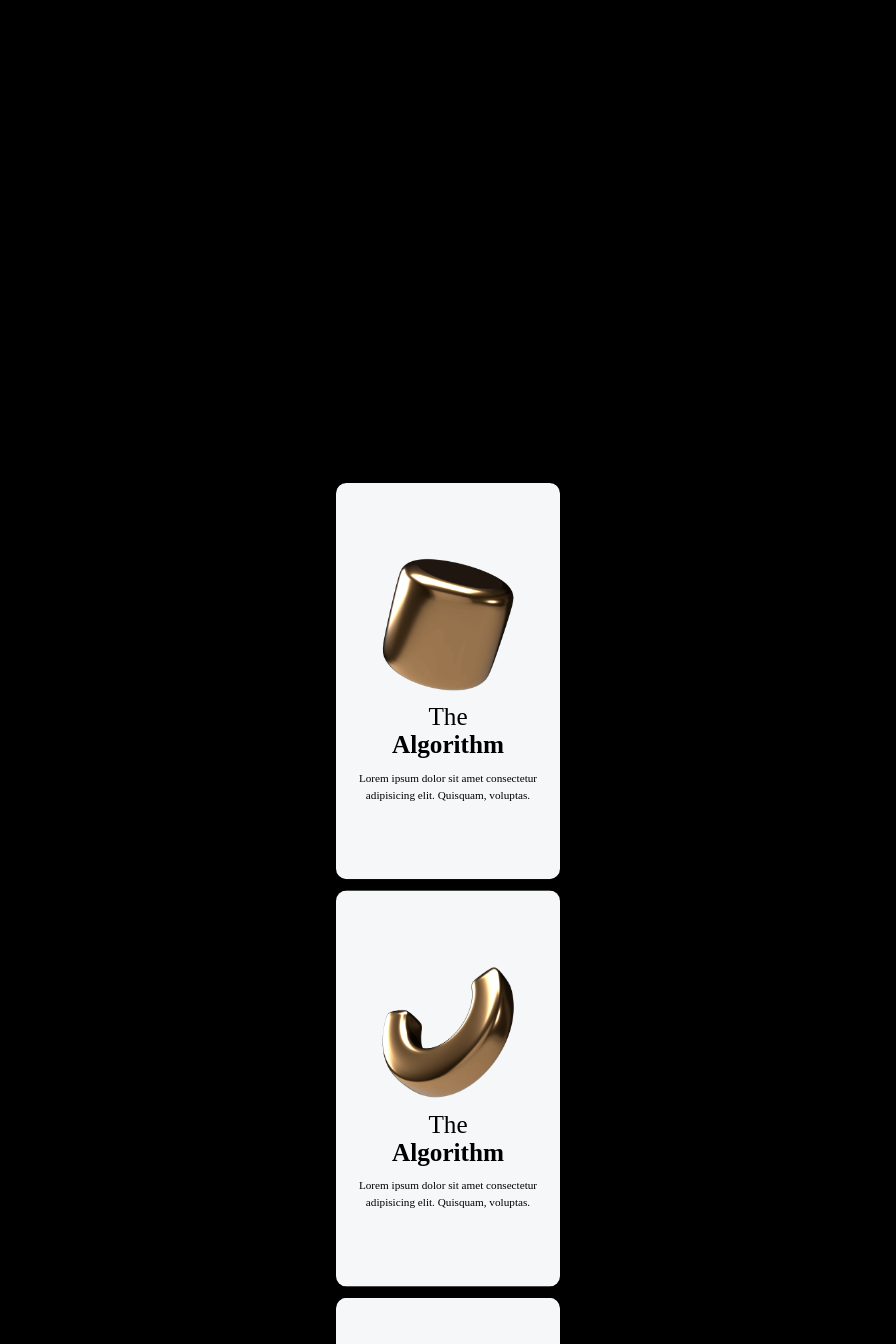
Repository: Himani0002/Scroll-Trigger
Page: index.html
The author's editor kept a copy of each file at every save. The page is drawn from the files as they stood at one save, then again after the next save.
The browser window is 1280 px wide. The pictures show the part of the page from y = 0 to 1920 px (the page is 3728 px tall), at 70% of full size.
Some web fonts or font styles are not loaded; a fallback is used. Some web libraries are served in a nearby version.

Above is the page before, as saved 2024-11-15 21:52:07.

### index.html
<!DOCTYPE html>
<html lang="en">

<head>
  <meta charset="UTF-8">
  <meta name="viewport" content="width=device-width, initial-scale=1.0">

  <script src="https://cdn.tailwindcss.com"></script>
  <title>Document</title>
  <style>
    @import url('https://fonts.googleapis.com/css2?family=Edu+AU+VIC+WA+NT+Pre:wght@400..700&family=Lato:ital,wght@0,100;0,300;0,400;0,700;0,900;1,100;1,300;1,400;1,700;1,900&family=Montserrat:ital,wght@0,100..900;1,100..900&family=Roboto+Slab:wght@100..900&display=swap');

    * {
      padding: 0;
      font-family: "Edu AU VIC WA NT Pre", cursive;
      margin: 0;
      box-sizing: border-box;
    }

    html,
    body {
      height: 100%;
      width: 100%;
      background-color: black;
    }
  </style>
</head>

<body>
  <main class="w-full  text-center flex flex-col gap-4 items-center pt-[15vh]">
    <div
      class="card1 flex sticky top-[15vh] flex-col w-[25svw] rounded-[15px] py-[15vh] px-[20px] gap-4 items-center bg-[#F5F7F8]">
      <img src="./image/1.png" class="w-[190px] aspect-square" alt="">
      <h1 class="text-4xl font-thin">
        The<br>
        <span class="font-bold">Algorithm</span>
      </h1>
      <p>
        Lorem ipsum dolor sit amet consectetur adipisicing elit. Quisquam, voluptas.
      </p>
    </div>
    <div
      class="card2 sticky top-[15vh] flex flex-col w-[25svw] rounded-[15px] py-[15vh] px-[20px] gap-4 items-center bg-[#F5F7F8]">
      <img src="./image/2.png" class="w-[190px] aspect-square" alt="">
      <h1 class="text-4xl font-thin">
        The<br>
        <span class="font-bold">Algorithm</span>
      </h1>
      <p>
        Lorem ipsum dolor sit amet consectetur adipisicing elit. Quisquam, voluptas.
      </p>
    </div>
    <div
      class="card3 sticky top-[15vh] flex flex-col w-[25svw] rounded-[15px] py-[15vh] px-[20px] gap-4 items-center bg-[#F5F7F8]">
      <img src="./image/3.png" class="w-[190px] aspect-square" alt="">
      <h1 class="text-4xl font-thin">
        The<br>
        <span class="font-bold">Algorithm</span>
      </h1>
      <p>
        Lorem ipsum dolor sit amet consectetur adipisicing elit. Quisquam, voluptas.
      </p>
    </div>
    <div
      class="card4 sticky top-[15vh] flex flex-col w-[25svw] rounded-[15px] py-[15vh] px-[20px] gap-4 items-center bg-[#F5F7F8]">
      <img src="./image/4.png" class="w-[190px] aspect-square" alt="">
      <h1 class="text-4xl font-thin">
        The<br>
        <span class="font-bold">Algorithm</span>
      </h1>
      <p>
        Lorem ipsum dolor sit amet consectetur adipisicing elit. Quisquam, voluptas.
      </p>
    </div>
    <div
      class="card5 sticky top-[15vh] flex flex-col w-[25svw] rounded-[15px] py-[15vh] px-[20px] gap-4 items-center bg-[#F5F7F8]">
      <img src="./image/5.png" class="w-[190px] aspect-square" alt="">
      <h1 class="text-4xl font-thin">
        The<br>
        <span class="font-bold">Algorithm</span>
      </h1>
      <p>
        Lorem ipsum dolor sit amet consectetur adipisicing elit. Quisquam, voluptas.
      </p>
    </div>
    <div
      class="card6 sticky top-[15vh] flex flex-col w-[25svw] rounded-[15px] py-[15vh] px-[20px] gap-4 items-center bg-[#F5F7F8]">
      <img src="./image/6.png" class="w-[190px] aspect-square" alt="">
      <h1 class="text-4xl font-thin">
        The<br>
        <span class="font-bold">Algorithm</span>
      </h1>
      <p>
        Lorem ipsum dolor sit amet consectetur adipisicing elit. Quisquam, voluptas.
      </p>
    </div>

  </main>


</body>
<script src="https://cdnjs.cloudflare.com/ajax/libs/gsap/3.12.5/gsap.min.js"
  integrity="sha512-7eHRwcbYkK4d9g/6tD/mhkf++eoTHwpNM9woBxtPUBWm67zeAfFC+HrdoE2GanKeocly/VxeLvIqwvCdk7qScg=="
  crossorigin="anonymous" referrerpolicy="no-referrer"></script>
<script src="https://cdnjs.cloudflare.com/ajax/libs/gsap/3.12.5/ScrollTrigger.min.js"
  integrity="sha512-onMTRKJBKz8M1TnqqDuGBlowlH0ohFzMXYRNebz+yOcc5TQr/zAKsthzhuv0hiyUKEiQEQXEynnXCvNTOk50dg=="
  crossorigin="anonymous" referrerpolicy="no-referrer"></script>
<script src="script.js"></script>

</html>

### script.js
gsap.to(".card1", {
  scale: 0.7,
  opacity: 0,
  ScrollTrigger: {
    trigger: ".card1",
    start: "top 15%",
    end: "bottom 15%",
    mrakers: true,
  },
});

After the next save:
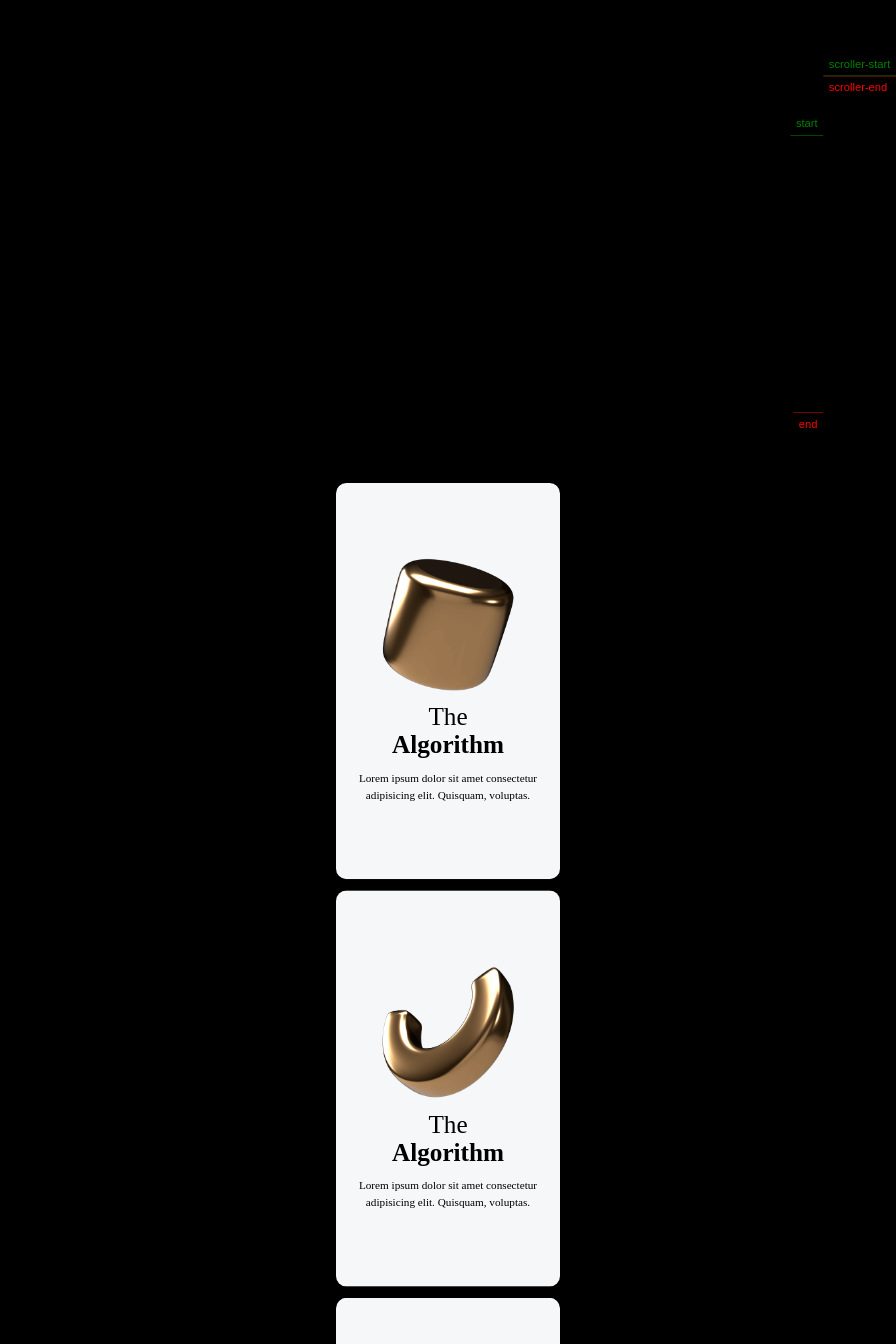
Saved 112 s later.
--- a/script.js
+++ b/script.js
@@ -1,10 +1,10 @@
 gsap.to(".card1", {
   scale: 0.7,
   opacity: 0,
-  ScrollTrigger: {
+  scrollTrigger: {
     trigger: ".card1",
     start: "top 15%",
     end: "bottom 15%",
-    mrakers: true,
+    markers: true,
   },
 });
